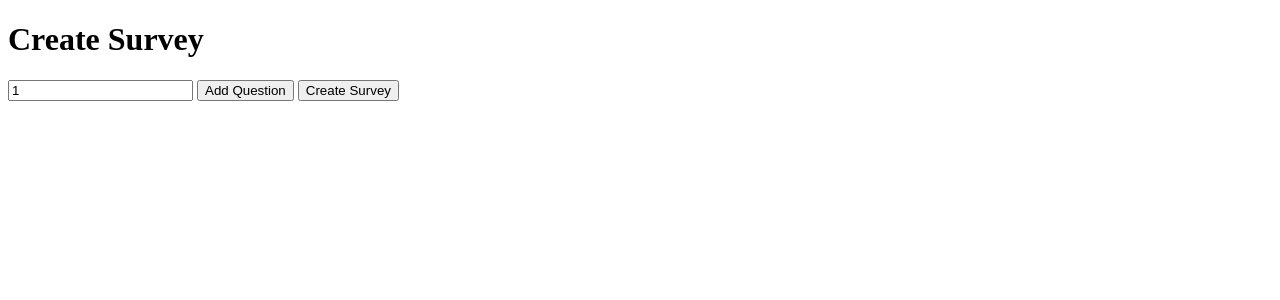
Repository: miki-babi/survey
Page: http://localhost/survey/create
These files come from the project's save history. The page is drawn as it stood at one moment and after the next save; the edit follows.
The browser window is 1280 px wide. The pictures show the whole page.
The page is served by the project's Laravel application, run on PHP 8.4 with Laravel 12. A made-up administrator, Test User (test@example.com), is signed in. Other server files are loaded and not shown.

Above is the page before, as saved 2024-10-28 17:08:54.

### routes/web.php
<?php

use App\Http\Controllers\ProfileController;
use Illuminate\Support\Facades\Route;

Route::get('/', function () {
    return view('welcome');
});

Route::get('/dashboard', function () {
    return view('dashboard');
})->middleware(['auth', 'verified'])->name('dashboard');

Route::middleware('auth')->group(function () {
    Route::get('/profile', [ProfileController::class, 'edit'])->name('profile.edit');
    Route::patch('/profile', [ProfileController::class, 'update'])->name('profile.update');
    Route::delete('/profile', [ProfileController::class, 'destroy'])->name('profile.destroy');
});



use App\Http\Controllers\SurveyController;

// Create a survey
Route::post('/survey/create', [SurveyController::class, 'createSurvey'])->name('survey.create');
Route::get('/survey/create',
function () {
    return view('create-survey');
}
)->name('survey.create');

// Get a survey (for answering)
Route::get('/survey/get', [SurveyController::class, 'getSurvey'])->name('survey.get');

// Submit answers for a survey
Route::post('/survey/answer', [SurveyController::class, 'submitAnswers'])->name('survey.answer');




require __DIR__.'/auth.php';

### app/Models/User.php
<?php

namespace App\Models;

// use Illuminate\Contracts\Auth\MustVerifyEmail;
use Illuminate\Database\Eloquent\Factories\HasFactory;
use Illuminate\Foundation\Auth\User as Authenticatable;
use Illuminate\Notifications\Notifiable;

class User extends Authenticatable
{
    /** @use HasFactory<\Database\Factories\UserFactory> */
    use HasFactory, Notifiable;

    /**
     * The attributes that are mass assignable.
     *
     * @var array<int, string>
     */
    protected $fillable = [
        'name',
        'email',
        'password',
    ];

    /**
     * The attributes that should be hidden for serialization.
     *
     * @var array<int, string>
     */
    protected $hidden = [
        'password',
        'remember_token',
    ];

    /**
     * Get the attributes that should be cast.
     *
     * @return array<string, string>
     */
    protected function casts(): array
    {
        return [
            'email_verified_at' => 'datetime',
            'password' => 'hashed',
        ];
    }
    public function questions()
    {
        return $this->hasMany(Question::class);
    }
}

### resources/views/create-survey.blade.php
<!DOCTYPE html>
<html lang="en">
<head>
   <meta charset="UTF-8">
   <meta name="viewport" content="width=device-width, initial-scale=1.0">
   <title>Create Survey</title>
   <link rel="stylesheet" href="https://cdnjs.cloudflare.com/ajax/libs/font-awesome/6.0.0-beta3/css/all.min.css" integrity="sha384-k6RqeWeci5ZR/Lv4MR0sA0FfDOM+OPvv+0DFeZxSTLsLnYy0Y6xzFgN6C/tn6iGQ" crossorigin="anonymous">
</head>
<body>
   <h1>Create Survey</h1>
   <form id="surveyForm" action="/survey/create" method="POST">
       @csrf
       <div id="questionsContainer"></div>
       <input type="text" name="user_id" value="{{ auth()->user()->id }}">

       <button type="button" onclick="addQuestion()">Add Question</button>
       <button type="submit">Create Survey</button>
   </form>
<h1>

</h1>
   <script>
       let questionCount = 0;

       function addQuestion() {
           questionCount++;
           const questionId = `question_${questionCount}`;

           const questionContainer = document.createElement('div');
           questionContainer.id = questionId;
           questionContainer.innerHTML = `
               <h3>Question ${questionCount}</h3>
               <label>Content:</label>
               <input type="text" name="questions[${questionCount}][content]" required><br>

               <label>Is Final Question:</label>
                <input type="hidden" name="questions[${questionCount}][is_final]" value="0">
                <input type="checkbox" name="questions[${questionCount}][is_final]" value="1">

               <label>Type:</label>
               <select name="questions[${questionCount}][type]" required>
                   <option value="single">Single Answer</option>
                   <option value="multiple">Multiple Choice</option>
               </select><br>

               <div id="choicesContainer_${questionCount}"></div>
               <button type="button" onclick="addChoice(${questionCount})">Add Choice</button>
               <hr>
           `;

           document.getElementById('questionsContainer').appendChild(questionContainer);
       }

       function addChoice(questionIndex) {
           const choicesContainer = document.getElementById(`choicesContainer_${questionIndex}`);
           const choiceCount = choicesContainer.childElementCount + 1;
           const choiceContainer = document.createElement('div');
           choiceContainer.innerHTML = `
               <label>Choice ${choiceCount}:</label>
               <input type="text" name="questions[${questionIndex}][choices][${choiceCount}][content]" required>
               <label>Next Question ID (optional):</label>
               <input type="number" name="questions[${questionIndex}][choices][${choiceCount}][next_question_id]">
               <br>
           `;

           choicesContainer.appendChild(choiceContainer);
       }
   </script>
</body>
</html>

Loaded but not shown: routes/auth.php (common file); app/Http/Controllers/Auth/EmailVerificationPromptController.php (common file); app/Http/Controllers/Controller.php (common file); app/Http/Controllers/Auth/VerifyEmailController.php (common file)

After the next save:
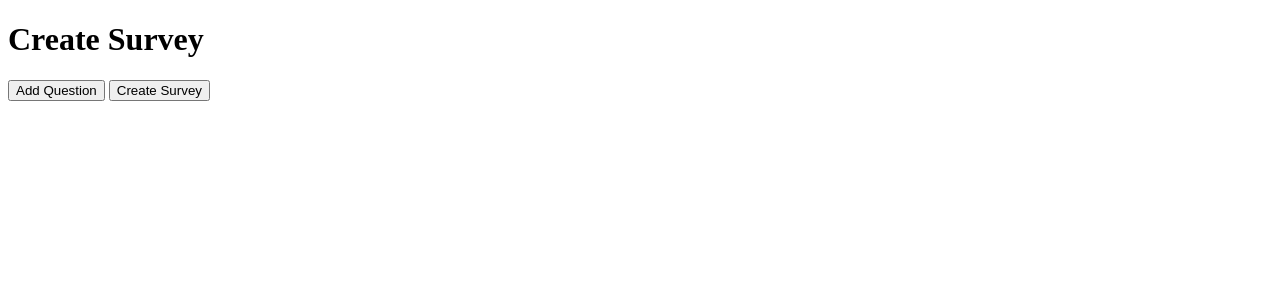
Saved 25 s later.
--- a/resources/views/create-survey.blade.php
+++ b/resources/views/create-survey.blade.php
@@ -11,7 +11,7 @@
    <form id="surveyForm" action="/survey/create" method="POST">
        @csrf
        <div id="questionsContainer"></div>
-       <input type="text" name="user_id" value="{{ auth()->user()->id }}">
+       <input type="hidden" name="user_id" value="{{ auth()->user()->id }}">
 
        <button type="button" onclick="addQuestion()">Add Question</button>
        <button type="submit">Create Survey</button>
